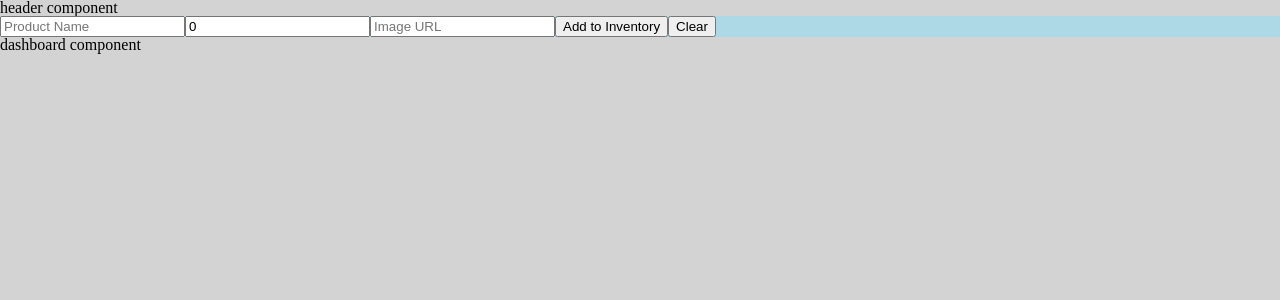
Repository: ooter37/shelfie
Page: /
The author's editor kept a copy of each file at every save. The page is drawn from the files as they stood at one save, then again after a run of saves.
The browser window is 1280 px wide. The pictures show the whole page.
The page's requests for data from a server got no answer. The project was rebuilt for these pictures with package versions that can differ from the ones it lists, and the page was loaded fresh each time. No one was signed in, and anything a server would have sent is missing. Also part of the build but not shown: src/Components/Product/Product.js.

Above is the page before, as saved 2020-04-03 18:32:04.

### src/App.js
import React from 'react';
import axios from 'axios';
import './reset.css'
import './App.css';
import Header from './Components/Header/Header'
import Dashboard from './Components/Dashboard/Dashboard'
import Form from './Components/Form/Form'

export default class App extends React.Component {
  constructor() {
    super()
    this.state = {
      inventory: [],
      selected: null
    }
    this.getInventory = this.getInventory.bind(this)
    this.setSelected = this.setSelected.bind(this)
    this.updateProduct = this.updateProduct.bind(this)

  }

  componentDidMount() {
    this.getInventory()
  }
  getInventory() {
    axios.get('/api/inventory').then(res => {
      this.setState({
        inventory: res.data
      })
      }).catch(err => console.log(err))
  }

  updateProduct(id) {
    axios.put(`/api/update/${id}`, {
        name: this.state.name,
        price: this.state.price,
        image: this.state.img
    }).then (res => {
        this.props.getInventory()
    })
}
  setSelected(edit) {
    this.setState({
      selected: edit
    })
  }

  render() {
  return (
    <div className="App">
      <Header/>
      <div className='dashboard-and-form'>
        <Form
          getInventory={this.getInventory}
          selected={this.state.selected}
          updateProduct={this.updateProduct}
          />
        <Dashboard
        inventory={this.state.inventory}
        getInventory={this.getInventory}
        setSelected={this.setSelected}
        />
      </div>
    </div>
  );
  }
}

### src/App.css
.App {
  height: 100vh;
  width: 100vw;
  background-color: lightgrey;
}

.form-component {
  background-color: lightblue;
}

.product-component {
  background-color: lightgreen;
}

### src/Components/Header/Header.js
import React from 'react'

export default class Header extends React.Component {
    // constructor() {
    //     super()
    // }
    render() {
        return (
            <div>header component</div>
        )
    }
}

### src/Components/Dashboard/Dashboard.js
import React from 'react'
import Product from '../Product/Product'
import axios from 'axios'

export default class Dashboard extends React.Component {
    // eslint-disable-next-line
    constructor(props) {
        super(props)
        this.deleteProduct = this.deleteProduct.bind(this)
    }

deleteProduct(id) {
    axios.delete(`/api/delete/${id}`).then (res => {
        this.props.getInventory()
    })
}

    render() {
        // console.log(this.props.inventory)
        const mappedInventory = this.props.inventory.map(elem => {
            return (
                <div key={elem.id}>
                <Product
                    product={elem.name}
                    price={elem.price}
                    img={elem.img}
                    deleteProduct={this.deleteProduct}
                    id={elem.id}
                    setSelected={this.props.setSelected}
                />
                </div>
            )
        })
        return (
            <div>
                dashboard component
                {mappedInventory}

            </div>
        )
    }
}

### src/Components/Form/Form.js
import React from 'react'
import axios from 'axios'

export default class Form extends React.Component {
    constructor(props) {
        super(props)
        this.state = {
            name: '',
            price: 0,
            img: ''
        }
        this.nameChangeHandler = this.nameChangeHandler.bind(this)
        this.priceChangeHandler = this.priceChangeHandler.bind(this)
        this.imgChangeHandler = this.imgChangeHandler.bind(this)
        this.resetButton = this.resetButton.bind(this)
        this.addProduct = this.addProduct.bind(this)
        this.getProduct = this.getProduct.bind(this)
    }

    componentDidUpdate(oldProps) {
        if (oldProps.selected !== this.props.selected) {
            this.getProduct(this.props.selected)
        }
    }

    getProduct(id) {
        axios.get(`/api/current/${id}`).then (res => {
            this.setState({
                name: res.data[0].name,
                price: res.data[0].price,
                img: res.data[0].img,
                // id: res.data[0].id
            })
        })
    }

    addProduct() {
        axios.post('/api/product', {
            name: this.state.name,
            price: this.state.price,
            image: this.state.img
        }).then(res => {
            this.props.getInventory()
            this.resetButton()
        })
    }

    nameChangeHandler(e) {
        this.setState({
            name: e.target.value
        })
    }
    priceChangeHandler(e) {
        this.setState({
            price: e.target.value
        })
    }
    imgChangeHandler(e) {
        this.setState({
            img: e.target.value
        })
    }
    resetButton() {
        this.setState({
            name: '',
            price: 0,
            img: ''
        })
    }

    render() {
        return (
            <div className='form-component'>
                <input
                    name='productName'
                    value={this.state.name}
                    onChange={e => this.nameChangeHandler(e)}
                    placeholder='Product Name'
                    ></input>
                <input
                    name='producePrice'
                    value={this.state.price}
                    onChange={e => this.priceChangeHandler(e)}
                    placeholder='Price'
                ></input>
                <input
                    name='productImage'
                    value={this.state.img}
                    onChange={e => this.imgChangeHandler(e)}
                    placeholder='Image URL'
                ></input>
                <button onClick={this.addProduct}>Add to Inventory</button>
                {/* <button onClick={this.updateProduct(this.state.id)}>Save Changes</button> */}
                <button
                    onClick={this.resetButton}
                >Clear</button>
            </div>
        )
    }
}

Loaded but not shown: public/index.html (common file); src/index.js (common file); src/index.css (common file); src/serviceWorker.js (common file); src/reset.css (common file)

After the next 4 saves:
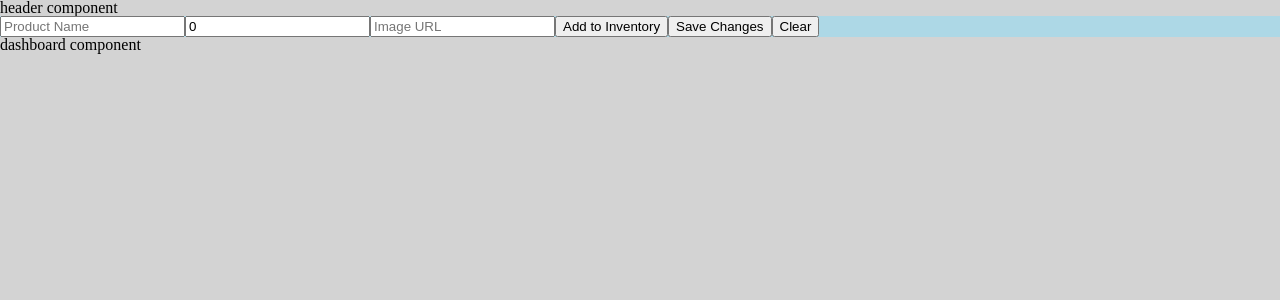
The 4 saves are shown as one change because 2 did not build or start and some came seconds apart.
The last was saved 2 min 31 s later.
--- a/src/Components/Form/Form.js
+++ b/src/Components/Form/Form.js
@@ -90,7 +90,7 @@ export default class Form extends React.Component {
                     placeholder='Image URL'
                 ></input>
                 <button onClick={this.addProduct}>Add to Inventory</button>
-                {/* <button onClick={this.updateProduct(this.state.id)}>Save Changes</button> */}
+                <button onClick={this.props.updateProduct(this.props.selected)}>Save Changes</button>
                 <button
                     onClick={this.resetButton}
                 >Clear</button>
